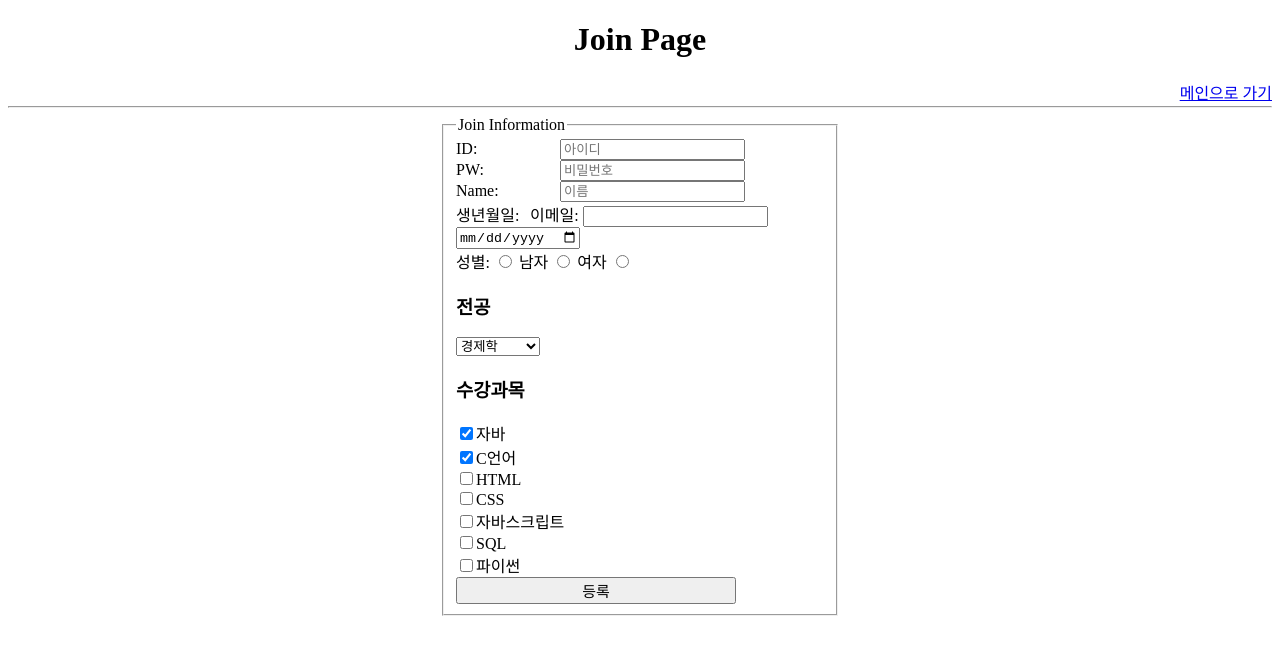
Repository: ByeonYJ/CSSTest
Page: GMSUI/WebContent/member/join.html
The author's editor kept a copy of each file at every save. The page is drawn from the files as they stood at one save, then again after the next save.
The browser window is 1280 px wide. The pictures show the whole page.

Above is the page before, as saved 2017-07-20 03:32:16.

After the next save:
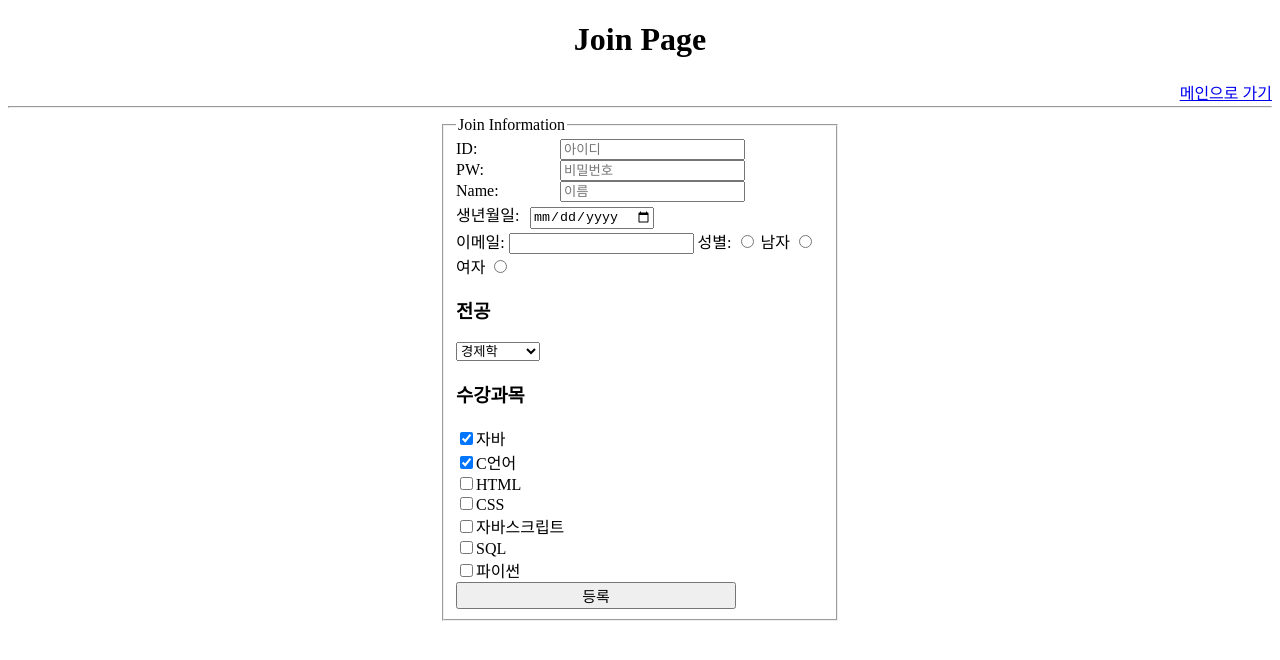
Saved 13 s later.
--- a/GMSUI/WebContent/member/join.html
+++ b/GMSUI/WebContent/member/join.html
@@ -35,8 +35,8 @@
 			<span style="width: 100px; display: inline-block;">Name: </span>
 			<input name="name" type="text" placeholder="이름"/><br />
 			<span style="width: 70px; display: inline-block;">생년월일: </span>
+			<input name="birthday" type="date" placeholder="생년월일"/><br />
 			이메일: <input type="email" name="email"/>
-			<input name="birthday" type="date" placeholder="생년월일"/><br />
 			성별: <input type="radio" name="gender" value="male"/> 남자
 			<input type="radio" name="gender" value="female"/> 여자
 			<input type="radio" name="gender" value="female"/>
